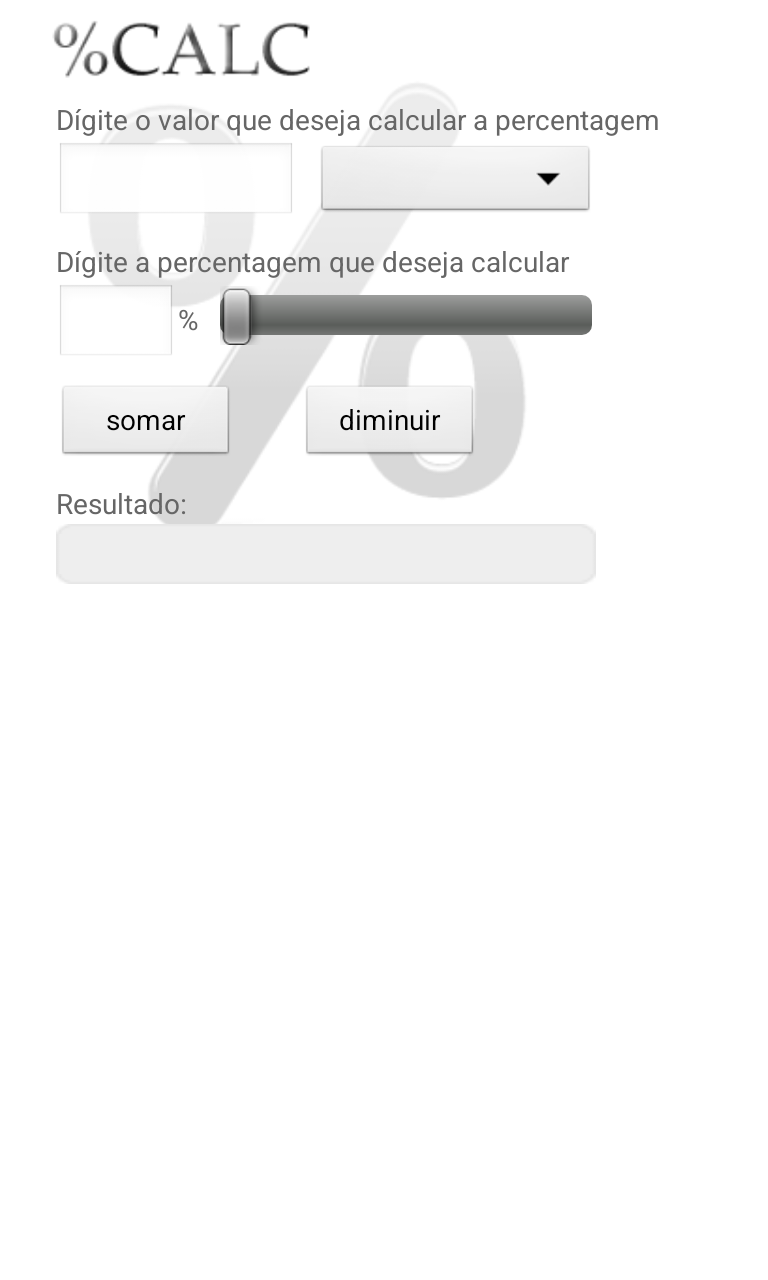
Repository: leoclaro/percentcalc
Layout: CalcularPercentagem/res/layout/main.xml
These files come from the project's save history. The layout is drawn as it stood at one moment and after the next save; the edit follows.
It is drawn on a 768 x 1280 px phone screen (xhdpi) without system bars, with theme android:Theme; the app's code is not run.

Above is the layout before, as saved 2012-05-09 19:06:19.

### CalcularPercentagem/res/layout/main.xml
<?xml version="1.0" encoding="utf-8"?>
<RelativeLayout xmlns:android="http://schemas.android.com/apk/res/android"
    android:layout_width="fill_parent"
    android:layout_height="fill_parent"
    android:background="@android:color/white" >

    <ImageView
        android:id="@+id/imageViewBG"
        android:layout_width="300dp"
        android:layout_height="300dp"
        android:layout_marginTop="5dp"
        android:contentDescription="@string/image_bg"
        android:src="@drawable/bg" />

    <ScrollView
        android:id="@+id/scrollView1"
        android:layout_width="wrap_content"
        android:layout_height="wrap_content"
        android:layout_marginTop="50dp">

        <RelativeLayout xmlns:android="http://schemas.android.com/apk/res/android"
		    android:layout_width="fill_parent"
		    android:layout_height="wrap_content" >

		    <TextView
		        android:id="@+id/textViewValor"
		        android:layout_width="fill_parent"
		        android:layout_height="wrap_content"
		        android:layout_alignParentLeft="true"
		        android:layout_alignParentTop="true"
		        android:layout_marginLeft="28dp"
		        android:text="@string/label_valor"
		        android:textColor="#ff666666" />

		    <EditText
		        android:id="@+id/editTextValor"
		        android:layout_width="120dp"
		        android:layout_height="40dp"
		        android:layout_alignLeft="@+id/textViewValor"
		        android:layout_below="@+id/textViewValor"
		        android:layout_marginTop="2dp"
		        android:ems="10"
		        android:inputType="numberDecimal" />

		    <Spinner
		        android:id="@+id/spinnerParcelas"
		        android:layout_width="140dp"
		        android:layout_height="40dp"
		        android:layout_below="@+id/textViewValor"
		        android:layout_marginLeft="158dp"
		        android:layout_marginTop="2dp"
		        android:prompt="@array/spinner_parcelas" />

		    <TextView
		        android:id="@+id/textViewPercentagem"
		        android:layout_width="fill_parent"
		        android:layout_height="wrap_content"
		        android:layout_alignLeft="@+id/textViewValor"
		        android:layout_below="@+id/editTextValor"
		        android:layout_marginTop="10dp"
		        android:text="@string/label_percentagem"
		        android:textColor="#ff666666" />

		    <EditText
		        android:id="@+id/editTextPercentagem"
		        android:layout_width="60dp"
		        android:layout_height="40dp"
		        android:layout_alignLeft="@+id/textViewValor"
		        android:layout_below="@+id/textViewPercentagem"
		        android:layout_marginTop="2dp"
		        android:ems="6"
		        android:inputType="numberDecimal" />

		    <TextView
		        android:id="@+id/textViewPercentagemSinal"
		        android:layout_width="fill_parent"
		        android:layout_height="wrap_content"
		        android:layout_below="@+id/textViewPercentagem"
		        android:layout_marginLeft="89dp"
		        android:layout_marginTop="10dp"
		        android:text="@string/label_percentagem_sinal"
		        android:textColor="#ff666666" />

		    <SeekBar
		        android:id="@+id/seekBarPercentagem"
		        android:layout_width="186dp"
		        android:layout_height="wrap_content"
		        android:layout_below="@+id/textViewPercentagem"
		        android:layout_marginLeft="110dp"
		        android:layout_marginTop="3dp"
		        android:max="1000" />

		    <Button
		        android:id="@+id/buttonSomar"
		        android:layout_width="90dp"
		        android:layout_height="40dp"
		        android:layout_alignLeft="@+id/textViewValor"
		        android:layout_below="@+id/editTextPercentagem"
		        android:layout_marginTop="10dp"
		        android:text="@string/button_somar" />

		    <Button
		        android:id="@+id/buttonDiminuir"
		        android:layout_width="90dp"
		        android:layout_height="40dp"
		        android:layout_below="@+id/editTextPercentagem"
		        android:layout_marginLeft="150dp"
		        android:layout_marginTop="10dp"
		        android:text="@string/button_diminuir" />

		    <TextView
	            android:id="@+id/textViewLabelResultado"
	            android:layout_width="fill_parent"
	            android:layout_height="wrap_content"
	            android:layout_alignLeft="@+id/textViewValor"
	            android:layout_marginTop="10dp"
	            android:layout_below="@+id/buttonSomar"
	            android:text="@string/label_resultado"
	            android:textColor="#ff666666" />

		    <RelativeLayout
		        android:id="@+id/relativeLayoutBgResultadoTop"
		        android:layout_width="270dp"
		        android:layout_height="5dp"
		        android:layout_below="@+id/textViewLabelResultado"
		        android:layout_marginTop="1dp"
		        android:layout_alignLeft="@+id/textViewValor"
		        android:background="@drawable/bg_resultado_top">
			</RelativeLayout>

		    <RelativeLayout
		        android:id="@+id/relativeLayoutBgResultado"
		        android:layout_width="270dp"
		        android:layout_height="wrap_content"
		        android:layout_alignLeft="@+id/textViewValor"
		        android:layout_below="@+id/relativeLayoutBgResultadoTop"
		        android:background="@drawable/bg_resultado" >

		        <TextView
		            android:id="@+id/textViewResultado"
		            android:layout_width="fill_parent"
		            android:layout_height="wrap_content"
		            android:layout_marginLeft="12dp"
		            android:layout_marginTop="1dp"
		            android:textColor="#ff666666" />

		    </RelativeLayout>

		    <RelativeLayout
		        android:id="@+id/relativeLayoutBgResultadoBottom"
		        android:layout_width="270dp"
		        android:layout_height="5dp"
		        android:layout_below="@+id/relativeLayoutBgResultado"
		        android:layout_alignLeft="@+id/textViewValor"
		        android:background="@drawable/bg_resultado_bottom">
			</RelativeLayout>

        </RelativeLayout>
    </ScrollView>

</RelativeLayout>

### CalcularPercentagem/res/values/strings.xml
<?xml version="1.0" encoding="utf-8"?>
<resources>

    <string name="label_valor">Dígite o valor que deseja calcular a percentagem</string>
    <string name="app_name">Calcular Percentagem</string>
    <string name="label_percentagem">Dígite a percentagem que deseja calcular</string>
    <string name="label_percentagem_sinal">%</string>
    <string name="label_sobre">sobre</string>
    <string name="button_somar">somar</string>
    <string name="button_diminuir">diminuir</string>
    <string name="image_bg">fundo</string>
    <string name="label_resultado">Resultado: </string>
    <string-array name="spinner_parcelas">
        <item>meses</item>
        <item>1</item>
        <item>2</item>
        <item>3</item>
        <item>4</item>
        <item>5</item>
        <item>6</item>
        <item>7</item>
        <item>8</item>
        <item>9</item>
        <item>10</item>
        <item>11</item>
        <item>12</item>
    </string-array>

</resources>

After the next save:
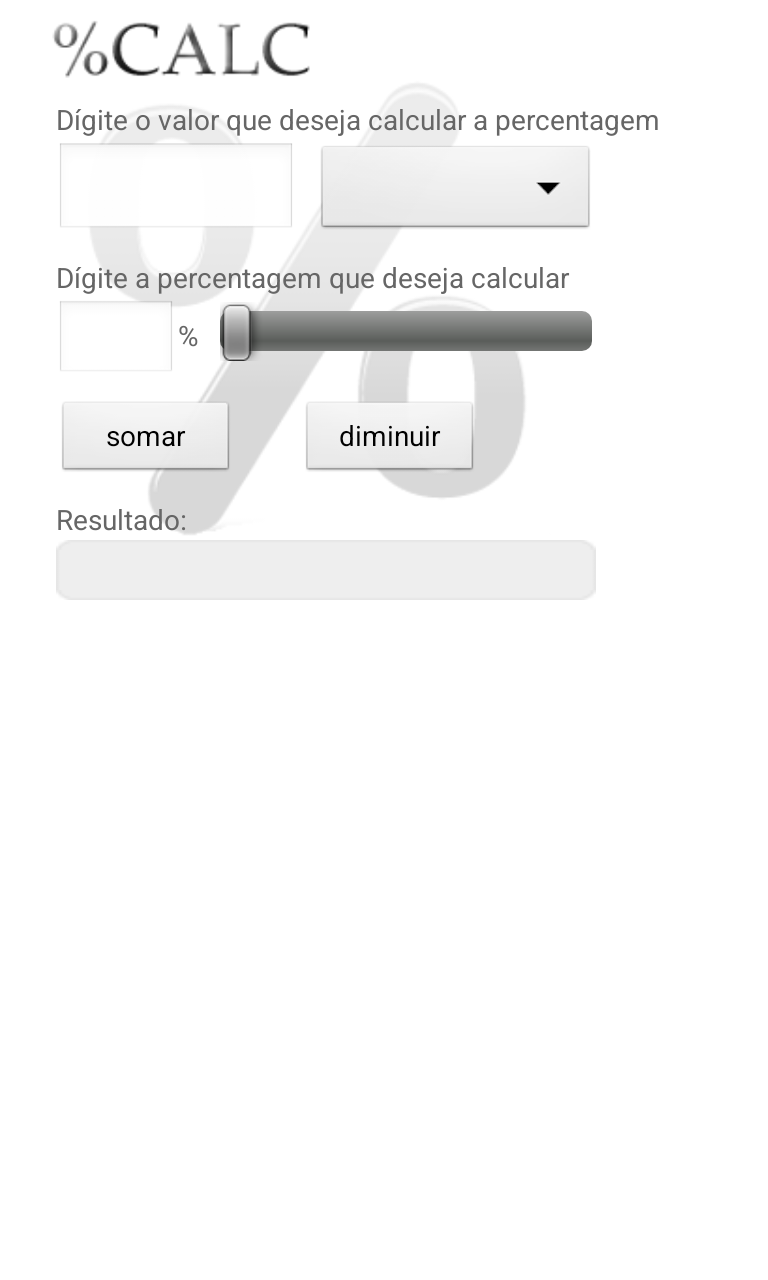
Saved 36 s later.
--- a/CalcularPercentagem/res/layout/main.xml
+++ b/CalcularPercentagem/res/layout/main.xml
@@ -35,7 +35,7 @@
 		    <EditText
 		        android:id="@+id/editTextValor"
 		        android:layout_width="120dp"
-		        android:layout_height="40dp"
+		        android:layout_height="wrap_content"
 		        android:layout_alignLeft="@+id/textViewValor"
 		        android:layout_below="@+id/textViewValor"
 		        android:layout_marginTop="2dp"
@@ -45,7 +45,7 @@
 		    <Spinner
 		        android:id="@+id/spinnerParcelas"
 		        android:layout_width="140dp"
-		        android:layout_height="40dp"
+		        android:layout_height="wrap_content"
 		        android:layout_below="@+id/textViewValor"
 		        android:layout_marginLeft="158dp"
 		        android:layout_marginTop="2dp"
